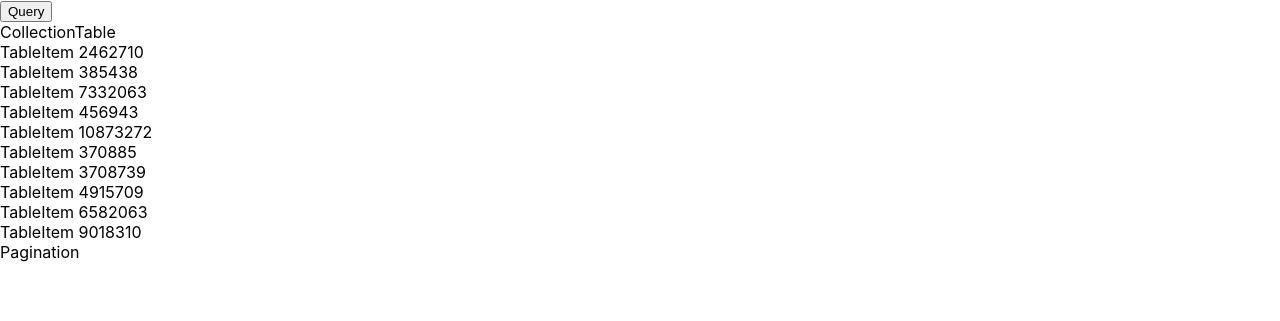
Repository: ivan-baljkas/pristupni_zadatak
Page: / (app in frontend/react-akademija-master/)
An editor plug-in stored every save of this project. The page is shown before and after the next save, followed by the edit.
The browser window is 1280 px wide. The pictures show the whole page.
The project was rebuilt for these pictures with package versions that can differ from the ones it lists, and the page was loaded fresh each time.

Above is the page before, as saved 2021-07-21 12:34:27.

### frontend/react-akademija-master/src/App.js
import React from "react";
import { SearchForm } from "./components/SearchForm";
import { CollectionTable } from "./components/CollectionTable";
import { TableItem } from "./components/TableItem";
import { Pagination } from "./components/Pagination";
import data from "./data.json";

const App = () => {
  console.log(data);

  return (
    <div>
        <SearchForm/>
        <CollectionTable/>
        {data.releases.map(release=>(
          <TableItem id={release.id}/>
        ))}
        <Pagination/>
    </div>
  );
};

export default App;

### frontend/react-akademija-master/src/components/SearchForm.jsx
import React, { Component } from 'react'

export const SearchForm = (props) =>{

    return(
        <div>
            <button type="button">Query</button>
        </div>
    );
};

### frontend/react-akademija-master/src/components/CollectionTable.jsx
import React, { Component } from 'react'

export const CollectionTable = (props) =>{

    return(
        <div>
            CollectionTable
        </div>
    );
};

### frontend/react-akademija-master/src/components/TableItem.jsx
import React, { Component } from 'react'

export const TableItem = (props) =>{

    return(
        <div>
            TableItem {props.id}
        </div>
    );
};

### frontend/react-akademija-master/src/components/Pagination.jsx
import React, { Component } from 'react'

export const Pagination = (props) =>{

    return(
        <div>
            Pagination
        </div>
    );
};

### frontend/react-akademija-master/src/data.json
{
  "pagination": {
    "page": 1,
    "pages": 26,
    "per_page": 10,
    "items": 255,
    "urls": {
      "first": "https://api.discogs.com/users/adrianmusiccollector/collection/folders/0/releases?per_page=10&page=1",
      "last": "https://api.discogs.com/users/adrianmusiccollector/collection/folders/0/releases?per_page=10&page=26",
      "prev": "https://api.discogs.com/users/adrianmusiccollector/collection/folders/0/releases?per_page=10&page=1",
      "next": "https://api.discogs.com/users/adrianmusiccollector/collection/folders/0/releases?per_page=10&page=3"
    }
  },
  "releases": [
    {
      "id": 2462710,
      "instance_id": 495199692,
      "date_added": "2020-08-04T08:57:28-07:00",
      "rating": 0,
      "basic_information": {
        "id": 2462710,
        "master_id": 28197,
        "master_url": "https://api.discogs.com/masters/28197",
        "resource_url": "https://api.discogs.com/releases/2462710",
        "thumb": "",
        "cover_image": "",
        "title": "Danzig III: How The Gods Kill",
        "year": 0,
        "formats": [
          { "name": "CD", "qty": "1", "descriptions": ["Album", "Reissue"] }
        ],
        "labels": [
          {
            "name": "American Recordings",
            "catno": "491785 2",
            "entity_type": "1",
            "entity_type_name": "Label",
            "id": 2569,
            "resource_url": "https://api.discogs.com/labels/2569"
          },
          {
            "name": "Columbia",
            "catno": "02-491785-10",
            "entity_type": "1",
            "entity_type_name": "Label",
            "id": 1866,
            "resource_url": "https://api.discogs.com/labels/1866"
          }
        ],
        "artists": [
          {
            "name": "Danzig",
            "anv": "",
            "join": "",
            "role": "",
            "tracks": "",
            "id": 217411,
            "resource_url": "https://api.discogs.com/artists/217411"
          }
        ],
        "genres": ["Rock"],
        "styles": ["Blues Rock", "Hard Rock", "Heavy Metal"]
      }
    },
    {
      "id": 385438,
      "instance_id": 495284040,
      "date_added": "2020-08-04T15:46:56-07:00",
      "rating": 0,
      "basic_information": {
        "id": 385438,
        "master_id": 8636,
        "master_url": "https://api.discogs.com/masters/8636",
        "resource_url": "https://api.discogs.com/releases/385438",
        "thumb": "",
        "cover_image": "",
        "title": "For Those About To Rock We Salute You",
        "year": 1994,
        "formats": [
          {
            "name": "CD",
            "qty": "1",
            "descriptions": ["Album", "Reissue", "Remastered"]
          }
        ],
        "labels": [
          {
            "name": "ATCO Records",
            "catno": "7567-92412-2",
            "entity_type": "1",
            "entity_type_name": "Label",
            "id": 3820,
            "resource_url": "https://api.discogs.com/labels/3820"
          }
        ],
        "artists": [
          {
            "name": "AC/DC",
            "anv": "",
            "join": "",
            "role": "",
            "tracks": "",
            "id": 84752,
            "resource_url": "https://api.discogs.com/artists/84752"
          }
        ],
        "genres": ["Rock"],
        "styles": ["Hard Rock"]
      }
    },
    {
      "id": 7332063,
      "instance_id": 495260051,
      "date_added": "2020-08-04T14:14:50-07:00",
      "rating": 0,
      "basic_information": {
        "id": 7332063,
        "master_id": 8580,
        "master_url": "https://api.discogs.com/masters/8580",
        "resource_url": "https://api.discogs.com/releases/7332063",
        "thumb": "",
        "cover_image": "",
        "title": "Live",
        "year": 0,
        "formats": [
          { "name": "CD", "qty": "2", "descriptions": ["Album", "Reissue"] }
        ],
        "labels": [
          {
            "name": "ATCO Records",
            "catno": "7567-92212-2",
            "entity_type": "1",
            "entity_type_name": "Label",
            "id": 3820,
            "resource_url": "https://api.discogs.com/labels/3820"
          },
          {
            "name": "Albert Productions",
            "catno": "7567-92212-2",
            "entity_type": "1",
            "entity_type_name": "Label",
            "id": 33440,
            "resource_url": "https://api.discogs.com/labels/33440"
          }
        ],
        "artists": [
          {
            "name": "AC/DC",
            "anv": "",
            "join": "",
            "role": "",
            "tracks": "",
            "id": 84752,
            "resource_url": "https://api.discogs.com/artists/84752"
          }
        ],
        "genres": ["Rock"],
        "styles": ["Hard Rock", "Rock & Roll"]
      }
    },
    {
      "id": 456943,
      "instance_id": 495284592,
      "date_added": "2020-08-04T15:48:52-07:00",
      "rating": 0,
      "basic_information": {
        "id": 456943,
        "master_id": 8437,
        "master_url": "https://api.discogs.com/masters/8437",
        "resource_url": "https://api.discogs.com/releases/456943",
        "thumb": "",
        "cover_image": "",
        "title": "High Voltage",
        "year": 1994,
        "formats": [
          {
            "name": "CD",
            "qty": "1",
            "descriptions": ["Album", "Reissue", "Remastered"]
          }
        ],
        "labels": [
          {
            "name": "ATCO Records",
            "catno": "7567-92413-2",
            "entity_type": "1",
            "entity_type_name": "Label",
            "id": 3820,
            "resource_url": "https://api.discogs.com/labels/3820"
          },
          {
            "name": "ATCO Records",
            "catno": "92413-2",
            "entity_type": "1",
            "entity_type_name": "Label",
            "id": 3820,
            "resource_url": "https://api.discogs.com/labels/3820"
          }
        ],
        "artists": [
          {
            "name": "AC/DC",
            "anv": "",
            "join": "",
            "role": "",
            "tracks": "",
            "id": 84752,
            "resource_url": "https://api.discogs.com/artists/84752"
          }
        ],
        "genres": ["Rock"],
        "styles": ["Hard Rock"]
      }
    },
    {
      "id": 10873272,
      "instance_id": 719463895,
      "date_added": "2021-05-31T11:07:58-07:00",
      "rating": 0,
      "basic_information": {
        "id": 10873272,
        "master_id": 315130,
        "master_url": "https://api.discogs.com/masters/315130",
        "resource_url": "https://api.discogs.com/releases/10873272",
        "thumb": "",
        "cover_image": "",
        "title": "Lightning Strikes",
        "year": 1986,
        "formats": [{ "name": "CD", "qty": "1", "descriptions": ["Album"] }],
        "labels": [
          {
            "name": "ATCO Records",
            "catno": "790 512-2",
            "entity_type": "1",
            "entity_type_name": "Label",
            "id": 3820,
            "resource_url": "https://api.discogs.com/labels/3820"
          },
          {
            "name": "ATCO Records",
            "catno": "90512-2",
            "entity_type": "1",
            "entity_type_name": "Label",
            "id": 3820,
            "resource_url": "https://api.discogs.com/labels/3820"
          }
        ],
        "artists": [
          {
            "name": "Loudness (5)",
            "anv": "",
            "join": "",
            "role": "",
            "tracks": "",
            "id": 594808,
            "resource_url": "https://api.discogs.com/artists/594808"
          }
        ],
        "genres": ["Rock"],
        "styles": ["Hard Rock", "Heavy Metal"]
      }
    },
    {
      "id": 370885,
      "instance_id": 495193819,
      "date_added": "2020-08-04T08:15:48-07:00",
      "rating": 0,
      "basic_information": {
        "id": 370885,
        "master_id": 8670,
        "master_url": "https://api.discogs.com/masters/8670",
        "resource_url": "https://api.discogs.com/releases/370885",
        "thumb": "",
        "cover_image": "",
        "title": "The Razors Edge",
        "year": 1990,
        "formats": [{ "name": "CD", "qty": "1", "descriptions": ["Album"] }],
        "labels": [
          {
            "name": "ATCO Records",
            "catno": "7567-91413-2",
            "entity_type": "1",
            "entity_type_name": "Label",
            "id": 3820,
            "resource_url": "https://api.discogs.com/labels/3820"
          },
          {
            "name": "ATCO Records",
            "catno": "7567-91413-2 YS",
            "entity_type": "1",
            "entity_type_name": "Label",
            "id": 3820,
            "resource_url": "https://api.discogs.com/labels/3820"
          },
          {
            "name": "Albert Productions",
            "catno": "7567-91413-2",
            "entity_type": "1",
            "entity_type_name": "Label",
            "id": 33440,
            "resource_url": "https://api.discogs.com/labels/33440"
          },
          {
            "name": "Albert Productions",
            "catno": "7567-91413-2 YS",
            "entity_type": "1",
            "entity_type_name": "Label",
            "id": 33440,
            "resource_url": "https://api.discogs.com/labels/33440"
          }
        ],
        "artists": [
          {
            "name": "AC/DC",
            "anv": "",
            "join": "",
            "role": "",
            "tracks": "",
            "id": 84752,
            "resource_url": "https://api.discogs.com/artists/84752"
          }
        ],
        "genres": ["Rock"],
        "styles": ["Hard Rock"]
      }
    },
    {
      "id": 3708739,
      "instance_id": 659792917,
      "date_added": "2021-04-01T02:51:07-07:00",
      "rating": 0,
      "basic_information": {
        "id": 3708739,
        "master_id": 451115,
        "master_url": "https://api.discogs.com/masters/451115",
        "resource_url": "https://api.discogs.com/releases/3708739",
        "thumb": "",
        "cover_image": "",
        "title": "Loudness",
        "year": 1992,
        "formats": [{ "name": "CD", "qty": "1", "descriptions": ["Album"] }],
        "labels": [
          {
            "name": "ATCO Records",
            "catno": "WPCL-657",
            "entity_type": "1",
            "entity_type_name": "Label",
            "id": 3820,
            "resource_url": "https://api.discogs.com/labels/3820"
          },
          {
            "name": "Warner Music Japan",
            "catno": "WPCL-657",
            "entity_type": "1",
            "entity_type_name": "Label",
            "id": 52253,
            "resource_url": "https://api.discogs.com/labels/52253"
          }
        ],
        "artists": [
          {
            "name": "Loudness (5)",
            "anv": "",
            "join": "",
            "role": "",
            "tracks": "",
            "id": 594808,
            "resource_url": "https://api.discogs.com/artists/594808"
          }
        ],
        "genres": ["Rock"],
        "styles": ["Speed Metal", "Hard Rock", "Heavy Metal"]
      }
    },
    {
      "id": 4915709,
      "instance_id": 495258801,
      "date_added": "2020-08-04T14:09:39-07:00",
      "rating": 0,
      "basic_information": {
        "id": 4915709,
        "master_id": 578071,
        "master_url": "https://api.discogs.com/masters/578071",
        "resource_url": "https://api.discogs.com/releases/4915709",
        "thumb": "",
        "cover_image": "",
        "title": "Operation Mindcrime + Queen Of The Reich ",
        "year": 1999,
        "formats": [
          {
            "name": "CD",
            "qty": "2",
            "text": "Media book",
            "descriptions": [
              "Compilation",
              "Deluxe Edition",
              "Reissue",
              "Remastered"
            ]
          }
        ],
        "labels": [
          {
            "name": "Axe Killer Records",
            "catno": "3052182",
            "entity_type": "1",
            "entity_type_name": "Label",
            "id": 83934,
            "resource_url": "https://api.discogs.com/labels/83934"
          },
          {
            "name": "Axe Killer Records",
            "catno": "Wag 351",
            "entity_type": "1",
            "entity_type_name": "Label",
            "id": 83934,
            "resource_url": "https://api.discogs.com/labels/83934"
          }
        ],
        "artists": [
          {
            "name": "Queensr\u00ffche",
            "anv": "",
            "join": "",
            "role": "",
            "tracks": "",
            "id": 255363,
            "resource_url": "https://api.discogs.com/artists/255363"
          }
        ],
        "genres": ["Rock"],
        "styles": ["Heavy Metal"]
      }
    },
    {
      "id": 6582063,
      "instance_id": 495262219,
      "date_added": "2020-08-04T14:24:02-07:00",
      "rating": 0,
      "basic_information": {
        "id": 6582063,
        "master_id": 29521,
        "master_url": "https://api.discogs.com/masters/29521",
        "resource_url": "https://api.discogs.com/releases/6582063",
        "thumb": "",
        "cover_image": "",
        "title": "Metal Heart",
        "year": 0,
        "formats": [
          {
            "name": "CD",
            "qty": "1",
            "descriptions": ["Album", "Reissue", "Remastered", "Repress"]
          }
        ],
        "labels": [
          {
            "name": "BMG",
            "catno": "74321 93213 2",
            "entity_type": "1",
            "entity_type_name": "Label",
            "id": 1003,
            "resource_url": "https://api.discogs.com/labels/1003"
          },
          {
            "name": "RCA",
            "catno": "74321 93213 2",
            "entity_type": "1",
            "entity_type_name": "Label",
            "id": 895,
            "resource_url": "https://api.discogs.com/labels/895"
          },
          {
            "name": "Musicline.de",
            "catno": "74321 93213 2",
            "entity_type": "1",
            "entity_type_name": "Label",
            "id": 651772,
            "resource_url": "https://api.discogs.com/labels/651772"
          }
        ],
        "artists": [
          {
            "name": "Accept",
            "anv": "",
            "join": "",
            "role": "",
            "tracks": "",
            "id": 271475,
            "resource_url": "https://api.discogs.com/artists/271475"
          }
        ],
        "genres": ["Rock"],
        "styles": ["Heavy Metal"]
      }
    },
    {
      "id": 9018310,
      "instance_id": 495282966,
      "date_added": "2020-08-04T15:43:26-07:00",
      "rating": 0,
      "basic_information": {
        "id": 9018310,
        "master_id": 4844,
        "master_url": "https://api.discogs.com/masters/4844",
        "resource_url": "https://api.discogs.com/releases/9018310",
        "thumb": "",
        "cover_image": "",
        "title": "Master Of Reality",
        "year": 2014,
        "formats": [
          {
            "name": "CD",
            "qty": "1",
            "text": "Digipak",
            "descriptions": ["Album", "Reissue", "Remastered"]
          }
        ],
        "labels": [
          {
            "name": "BMG",
            "catno": "2730325",
            "entity_type": "1",
            "entity_type_name": "Label",
            "id": 1003,
            "resource_url": "https://api.discogs.com/labels/1003"
          },
          {
            "name": "Sanctuary",
            "catno": "2730325",
            "entity_type": "1",
            "entity_type_name": "Label",
            "id": 28233,
            "resource_url": "https://api.discogs.com/labels/28233"
          }
        ],
        "artists": [
          {
            "name": "Black Sabbath",
            "anv": "",
            "join": "",
            "role": "",
            "tracks": "",
            "id": 144998,
            "resource_url": "https://api.discogs.com/artists/144998"
          }
        ],
        "genres": ["Rock"],
        "styles": ["Hard Rock", "Heavy Metal"]
      }
    }
  ]
}

Loaded but not shown: frontend/react-akademija-master/public/index.html (common file); frontend/react-akademija-master/src/index.js (common file); frontend/react-akademija-master/src/index.css (common file); frontend/react-akademija-master/src/reportWebVitals.js (common file)

After the next save:
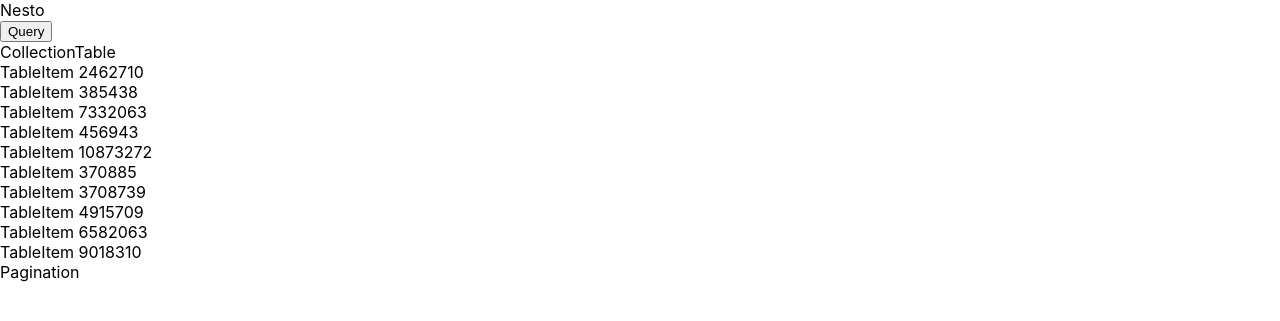
Saved 90 s later.
--- a/frontend/react-akademija-master/src/App.js
+++ b/frontend/react-akademija-master/src/App.js
@@ -10,6 +10,9 @@ const App = () => {
 
   return (
     <div>
+      <header>
+        Nesto
+      </header>
         <SearchForm/>
         <CollectionTable/>
         {data.releases.map(release=>(
